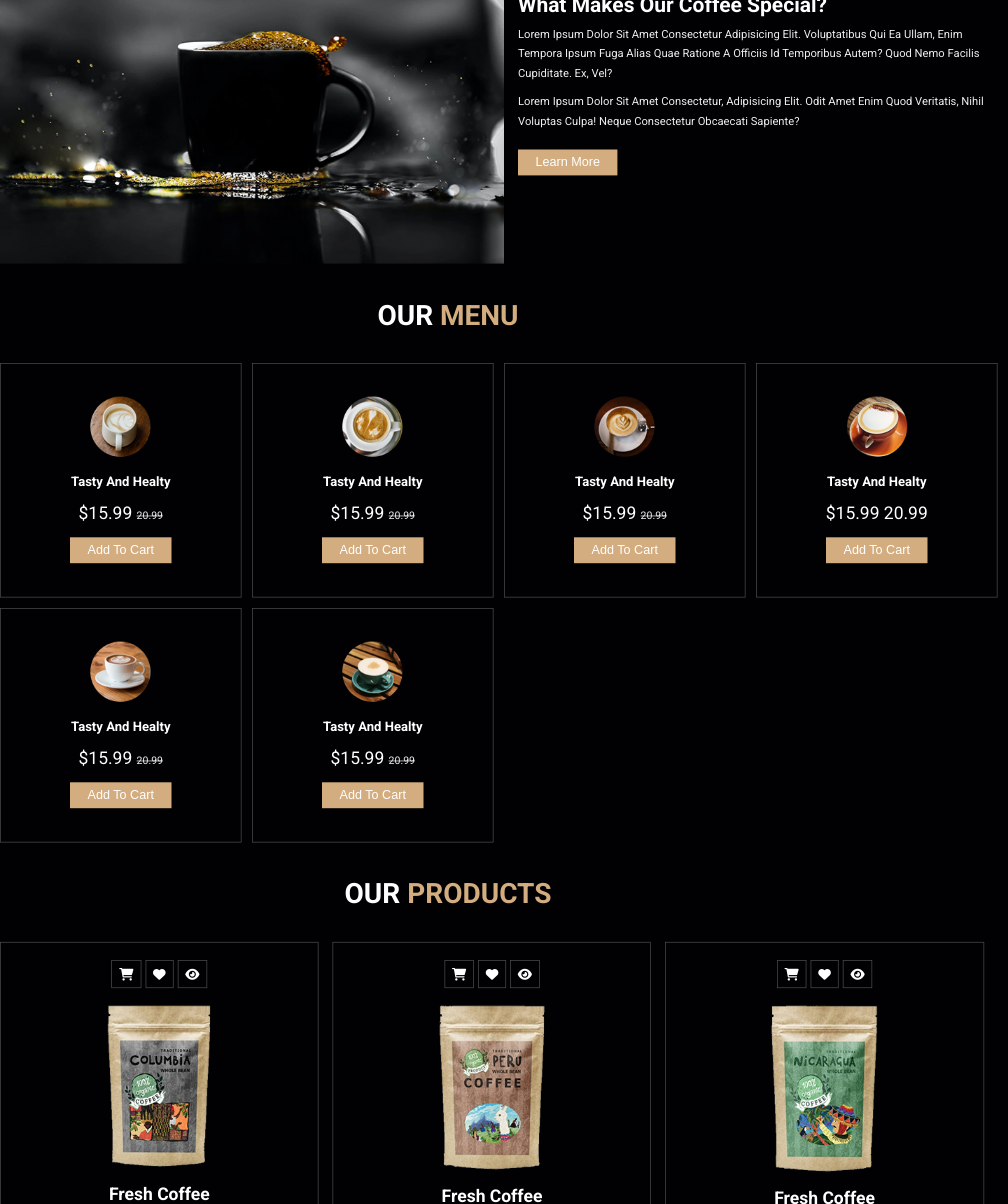
Repository: Dinhthai303/DinhThai
Page: index.html
These files come from the project's save history. The page is drawn as it stood at one moment and after the next save; the edit follows.
The browser window is 1280 px wide. The page is 1440 px wide, so the pictures cover 1440 px, including what lies to the right of the window. The pictures show the part of the page from y = 1221 to 2941 px (the page is 3077 px tall), at 70% of full size.

Above is the page before, as saved 2021-11-28 01:04:47.

### index.html
<!DOCTYPE html>
<html lang="en">

<head>
    <meta charset="UTF-8">
    <meta http-equiv="X-UA-Compatible" content="IE=edge">
    <meta name="viewport" content="width=device-width, initial-scale=1.0">
    <title>Document</title>
    <!-- FONT AWESOME -->
    <link rel="stylesheet" href="https://cdnjs.cloudflare.com/ajax/libs/font-awesome/6.0.0-beta3/css/all.min.css"
        integrity="sha512-Fo3rlrZj/k7ujTnHg4CGR2D7kSs0v4LLanw2qksYuRlEzO+tcaEPQogQ0KaoGN26/zrn20ImR1DfuLWnOo7aBA=="
        crossorigin="anonymous" referrerpolicy="no-referrer" />
    <!-- GOOLE FONT -->
    <link rel="preconnect" href="https://fonts.googleapis.com">
    <link rel="preconnect" href="https://fonts.gstatic.com" crossorigin>
    <link href="https://fonts.googleapis.com/css2?family=Roboto:wght@300;400;500;700&display=swap" rel="stylesheet">
    <!-- MAIN CSS -->
    <link rel="stylesheet" href="./css/style.css">
</head>

<body>
    <header class="header">
        <div class="container">
            <div class="header__content">
                <div class="header__logo">
                    <img src="./images/logo.png" alt="">
                </div>
                <ul class="header__menu">
                    <li class="header__item"><a class="header__link" href="#">Home</a></li>
                    <li class="header__item"><a class="header__link" href="#">About</a></li>
                    <li class="header__item"><a class="header__link" href="#">Menu</a></li>
                    <li class="header__item"><a class="header__link" href="#">Product</a></li>
                    <li class="header__item"><a class="header__link" href="#">Review</a></li>
                    <li class="header__item"><a class="header__link" href="#">Contact</a></li>
                    <li class="header__item"><a class="header__link" href="#">Blog</a></li>
                </ul>
                <div class="header__icon">
                    <i class="fa fa-search"></i>
                    <i class="fa fa-shopping-cart"></i>
                </div>
            </div>
        </div>
    </header>
    <section class="banner">
        <div class="banner__content">
            <img class="banner__image" src="./images/home-img.jpeg" alt="">
            <div class="banner__text">
                <h3 class="banner__title">FRESH COFFEE IN THE MORNING</h3>
                <p class="banner__desc">Lorem Ipsum, Dolor Sit Amet Consectetur Adipisicing Elit. Placeat Labore, Sint
                    Cupiditate Distinctio Tempora Reiciendis.</p>
                <button class="btn">Get Your now</button>
            </div>
        </div>
    </section>
    <section class="about">
        <h2 class="heading">About <span>us</span></h2>
        <div class="container">
            <div class="about__content">
                <div class="about__left">
                    <img class="about__image" src="./images/about-img.jpeg" alt="">
                </div>
                <div class="about__right">
                    <div class="about__text">
                        <h2 class="about__title">What Makes Our Coffee Special?</h2>
                        <p class="about__desc">Lorem Ipsum Dolor Sit Amet Consectetur Adipisicing Elit. Voluptatibus Qui
                            Ea Ullam, Enim Tempora Ipsum Fuga Alias Quae Ratione A Officiis Id Temporibus Autem? Quod
                            Nemo Facilis Cupiditate. Ex, Vel?</p>
                        <p class="about__desc">Lorem Ipsum Dolor Sit Amet Consectetur, Adipisicing Elit. Odit Amet Enim
                            Quod Veritatis, Nihil Voluptas Culpa! Neque Consectetur Obcaecati Sapiente?</p>
                        <button class="btn about__button">Learn More</button>
                    </div>
                </div>
            </div>
        </div>
    </section>
    <section class="menu">
        <h2 class="heading"><span>our</span> menu</h2>
        <div class="container">
            <div class="menu__content">
                <div class="menu__item">
                    <div class="menu__text">
                        <img src="./images/menu-1.png" alt="" class="menu__img">
                        <h3 class="menu__title">Tasty And Healty
                        </h3>
                        <div class="menu__price price">$15.99 <span class="menu__price--old old">20.99</span></div>
                        <button class="btn menu__button">Add To Cart</button>
                    </div>
                </div>
                <div class="menu__item">
                    <div class="menu__text">
                        <img src="./images/menu-2.png" alt="" class="menu__img">
                        <h3 class="menu__title">Tasty And Healty
                        </h3>
                        <div class="menu__price price">$15.99 <span class="menu__price--old old">20.99</span></div>
                        <button class="btn menu__button">Add To Cart</button>
                    </div>
                </div>
                <div class="menu__item">
                    <div class="menu__text">
                        <img src="./images/menu-3.png" alt="" class="menu__img">
                        <h3 class="menu__title">Tasty And Healty
                        </h3>
                        <div class="menu__price price">$15.99 <span class="menu__price--old old">20.99</span></div>
                        <button class="btn menu__button">Add To Cart</button>
                    </div>
                </div>
                <div class="menu__item">
                    <div class="menu__text">
                        <img src="./images/menu-4.png" alt="" class="menu__img">
                        <h3 class="menu__title">Tasty And Healty
                        </h3>
                        <div class="menu__price price">$15.99 <span class="menu__price--old price">20.99</span></div>
                        <button class="btn menu__button">Add To Cart</button>
                    </div>
                </div>
                <div class="menu__item">
                    <div class="menu__text">
                        <img src="./images/menu-5.png" alt="" class="menu__img">
                        <h3 class="menu__title">Tasty And Healty
                        </h3>
                        <div class="menu__price price">$15.99 <span class="menu__price--old old">20.99</span></div>
                        <button class="btn menu__button">Add To Cart</button>
                    </div>
                </div>
                <div class="menu__item">
                    <div class="menu__text">
                        <img src="./images/menu-6.png" alt="" class="menu__img">
                        <h3 class="menu__title">Tasty And Healty
                        </h3>
                        <div class="menu__price price">$15.99 <span class="menu__price--old old">20.99</span></div>
                        <button class="btn menu__button">Add To Cart</button>
                    </div>
                </div>
            </div>
        </div>
    </section>
    <section class="products">
        <h2 class="heading"><span>OUR</span> PRODUCTS</h2>
        <div class="container">
            <div class="products__content">
                <div class="products__item">
                    <div class="products__social">
                        <i class="fa fa-shopping-cart"></i>
                        <i class="fa fa-heart"></i>
                        <i class="fa fa-eye"></i>
                    </div>
                    <div class="products__img">
                        <img src="./images/product-2.png" alt="">
                    </div>
                    <h3 class="products__title">Fresh Coffee</h3>
                    <div class="products__star">
                        <i class="fa fa-star"></i>
                        <i class="fa fa-star"></i>
                        <i class="fa fa-star"></i>
                        <i class="fa fa-star"></i>
                        <i class="fa fa-star-half-alt"></i>
                    </div>
                    <div class="price">$15.99 <span class="old">20.99</span></div>
                </div>
                <div class="products__item">
                    <div class="products__social">
                        <i class="fa fa-shopping-cart"></i>
                        <i class="fa fa-heart"></i>
                        <i class="fa fa-eye"></i>
                    </div>
                    <div class="products__img">
                        <img src="./images/product-3.png" alt="">
                    </div>
                    <h3 class="products__title">Fresh Coffee</h3>
                    <div class="products__star">
                        <i class="fa fa-star"></i>
                        <i class="fa fa-star"></i>
                        <i class="fa fa-star"></i>
                        <i class="fa fa-star"></i>
                        <i class="fa fa-star-half-alt"></i>
                    </div>
                    <div class="price">$15.99 <span class="old">20.99</span></div>
                </div>
                <div class="products__item">
                    <div class="products__social">
                        <i class="fa fa-shopping-cart"></i>
                        <i class="fa fa-heart"></i>
                        <i class="fa fa-eye"></i>
                    </div>
                    <div class="products__img">
                        <img src="./images/product-1.png" alt="">
                    </div>
                    <h3 class="products__title">Fresh Coffee</h3>
                    <div class="products__star">
                        <i class="fa fa-star"></i>
                        <i class="fa fa-star"></i>
                        <i class="fa fa-star"></i>
                        <i class="fa fa-star"></i>
                        <i class="fa fa-star-half-alt"></i>
                    </div>
                    <div class="price">$15.99 <span class="old">20.99</span></div>
                </div>
            </div>
        </div>
    </section>
    <section class="review"></section>
    <section class="contact"></section>
    <section class="blog"></section>
    <footer class="footer"></footer>
</body>

</html>

### css/style.css
*{
    margin: 0;
    padding: 0;
    box-sizing: border-box;
}
body{
    font-family: 'Roboto', sans-serif;
    background-color: #010103;
    font-weight: 400;
}
.heading{
    color: #D3AD7F;
    text-transform: uppercase;
    font-size: 40px;
    text-align: center;
    margin-bottom: 45px;
    margin-top: 50px;
}
.heading span{
    color: white;
}
.container{
    width: 1440px;
    margin: 0 auto;
}
.header{
    background-color: #010103;
    border-bottom: 1px solid #4D4E4F;
}
.header__content{
    display: flex;
    justify-content: space-between;
    align-items: center;
    background-color: #010103;
    padding: 15px 0;
}
.header__menu{
    display: flex;
    list-style: none;
    gap: 20px;
}
.header__item:hover .header__link{
    color: #D3AD7F;
}
.header__item:hover .header__link::after{
    opacity: 1;
    transform: translateY(7px);
}
.header__link::after{
    content: "";
    width: 100%;
    height: 2px;
    position: absolute;
    left: 0;
    bottom: 0;
    background-color: #D3AD7F;
    transition: all .5s;
    opacity: 0;
}
.header__link{
    position: relative;
    color: white;
    text-decoration: none;
}
.header__icon i{
    color: white;
    font-size: 23px;
    margin: 0 10px;
    cursor: pointer;
}
.header__icon i:hover{
    color: #D3AD7F;
}
.header__logo img{
    width: 70px;
}
.banner__content{
    position: relative;
    width: 100%;
    height: 850px;
}
.banner__image{
    width: 100%;
    height: 100%;
    object-fit: cover;
}
.banner__text{
    position: absolute;
    top: 50%;
    left: 120px;
    transform: translateY(-50%);
    width: 570px;
}
.banner__title{
    font-size: 58px;
    color: white;
}
.banner__desc{
    font-size: 20px;
    color: rgb(238, 238, 238);
    font-weight: lighter;
    line-height: 1.8;
    margin: 20px 0;
}
.btn{
    background-color: #D3AD7F;
    border: none;
    color: white;
    padding: 8px 25px;
    font-size: 18px;
    cursor: pointer;
    transition: all .25s;
}
.btn:hover{
    letter-spacing: 1px;
}
.menu__item:hover{
    background-color: white;
}
.menu__item:hover *{
    color: black;
}
.about__image{
    width: 100%;
    display: block;
}
.about__left, .about__right{
    width: 50%;
}
.about__content{
    display: flex;
}
.about__title{
    color: white;
    font-size: 30px;
}
.about__right{
    display: flex;
    align-items: center;
}
.about__desc{
    color: rgb(238, 238, 238);
    margin-top: 10px;
    line-height: 1.8;
}
.about__button{
    margin-top: 25px;
}
.about__text{
    margin-left: 20px;
}
.menu__content{
    display: flex;
    flex-wrap: wrap;
    gap: 15px;
}
.menu__item{
    width: calc(25% - 15px);
    border: 1px solid #4D4E4F;
    height: 335px;
    text-align: center;
    display: flex;
    justify-content: center;
    align-items: center;
    transition: all .25s;
}
.menu__title{
    color: white;
    margin-top: 20px;
}
.price{
    color: white;
    font-size: 25px;
    margin: 20px 0;
}
.old{
    color: rgb(238, 238, 238);
    text-decoration: line-through;
    font-size: 15px;
}
.products__content{
    display: flex;
    gap: 20px;
}
.products__item{
    width: calc(33% - 20px);
    border: 1px solid #4D4E4F;
    text-align: center;
    padding: 25px 0;
}
.products__title{
    color: white;
    margin-top: 20px;
    font-size: 25px;
}
.products__social{
    margin-bottom: 25px;
}
.products__social i:hover {
    background-color: #D3AD7F;
}
.products__social i {
    color: white;
    padding: 10px 10px;
    border: 1px solid #4D4E4F;
    font-size: 18px;
    margin: 0 1px;
    cursor: pointer;
}
.products__star {
    color: #D3AD7F;
    margin-top: 15px;
}

After the next save:
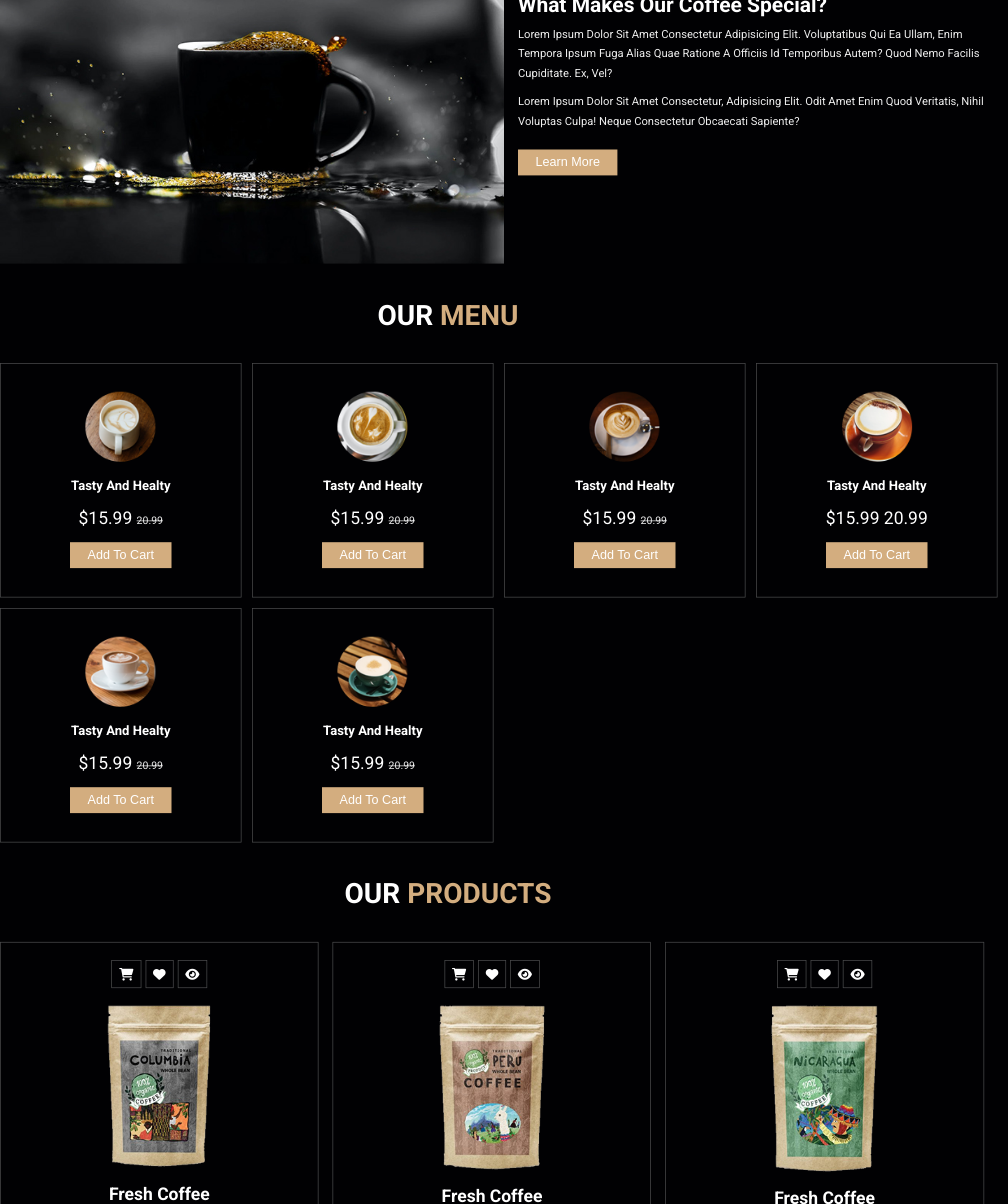
Saved 40 s later.
--- a/css/style.css
+++ b/css/style.css
@@ -114,6 +114,9 @@
 .btn:hover{
     letter-spacing: 1px;
 }
+.menu__img{
+    width: 100px;
+}
 .menu__item:hover{
     background-color: white;
 }

After the save that followed:
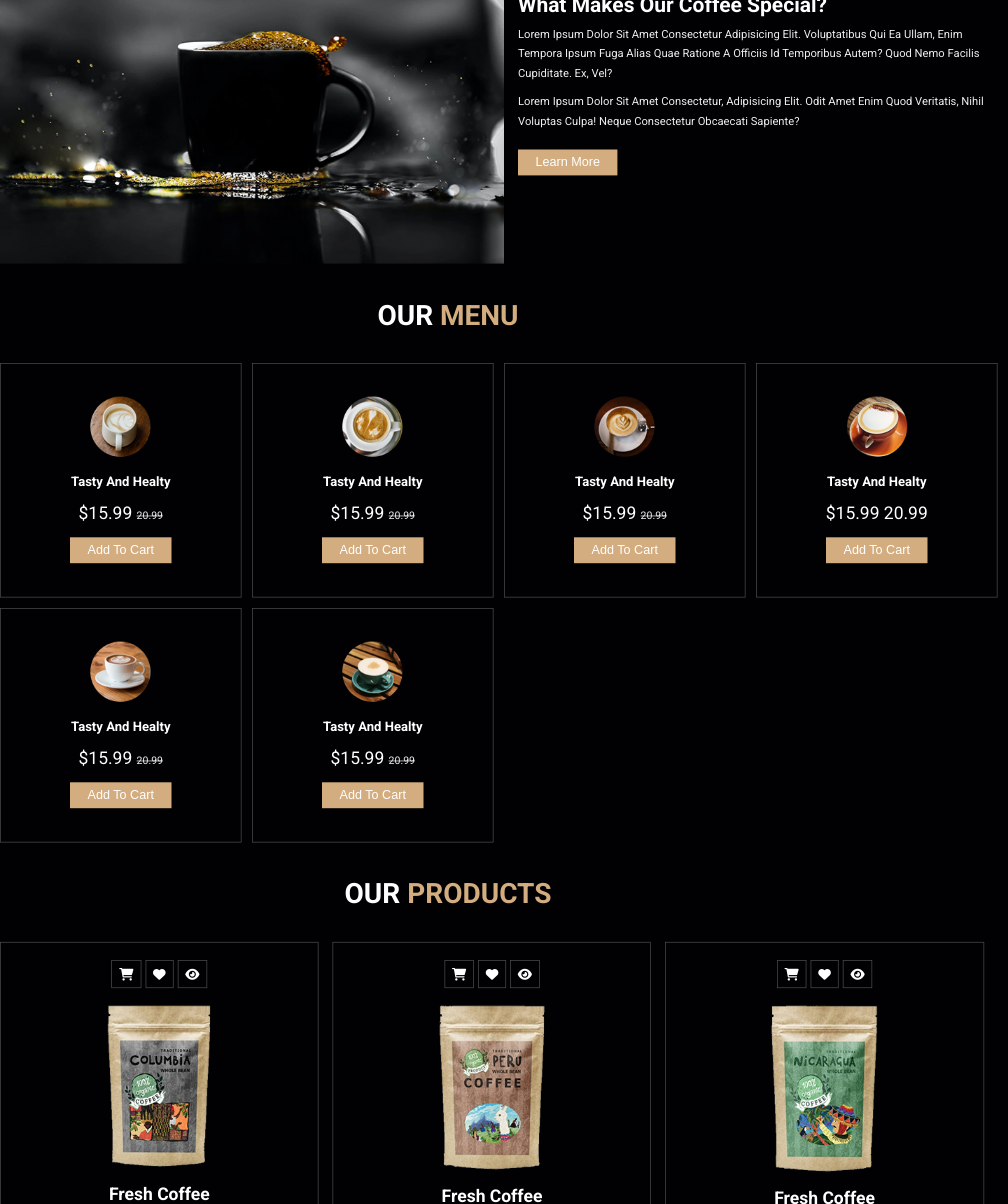
Saved 7 s later.
--- a/css/style.css
+++ b/css/style.css
@@ -114,9 +114,6 @@
 .btn:hover{
     letter-spacing: 1px;
 }
-.menu__img{
-    width: 100px;
-}
 .menu__item:hover{
     background-color: white;
 }
